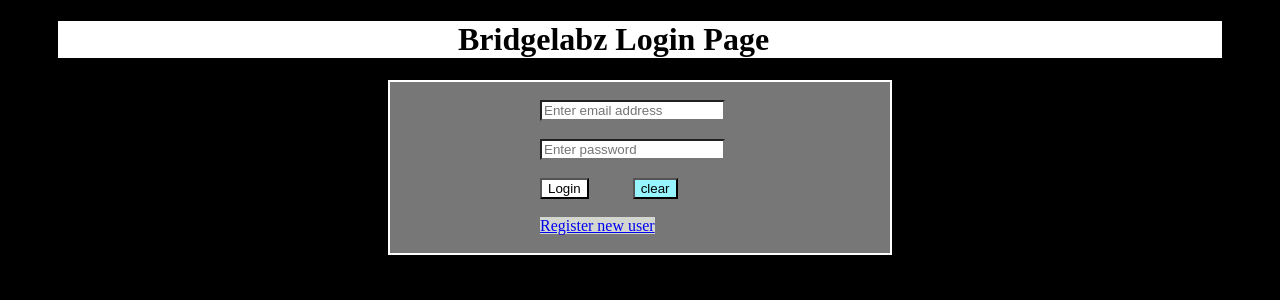
Repository: MarkFernandes11/Advanced-Java
Page: http://localhost/Login/login.jsp
The author's editor kept a copy of each file at every save. The page is drawn from the files as they stood at one save, then again after the next save.
The browser window is 1280 px wide. The pictures show the whole page.
The page is served by Tomcat 9.

Above is the page before, as saved 2019-09-26 11:35:15.

After the next save:
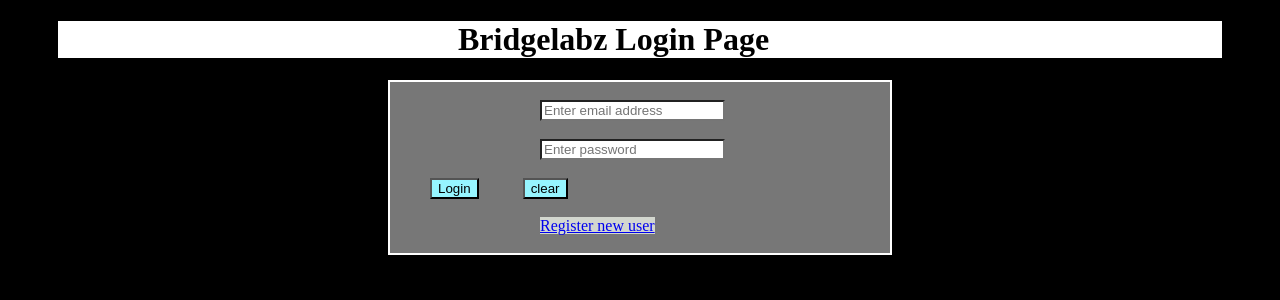
Saved 8 s later.
--- a/Login/WebContent/login.jsp
+++ b/Login/WebContent/login.jsp
@@ -17,7 +17,7 @@
 		<br><br>
 		<input type = "password" placeholder = "Enter password" name="password">
 		<br><br>
-		<input type = "submit" value = "Login">  <input class="button" type="reset" value = "clear">
+		<input class="button" type = "submit" value = "Login">  <input class="button" type="reset" value = "clear">
 		<br><br>
 		<a href="register.jsp">Register new user</a>
 		<br><br>
